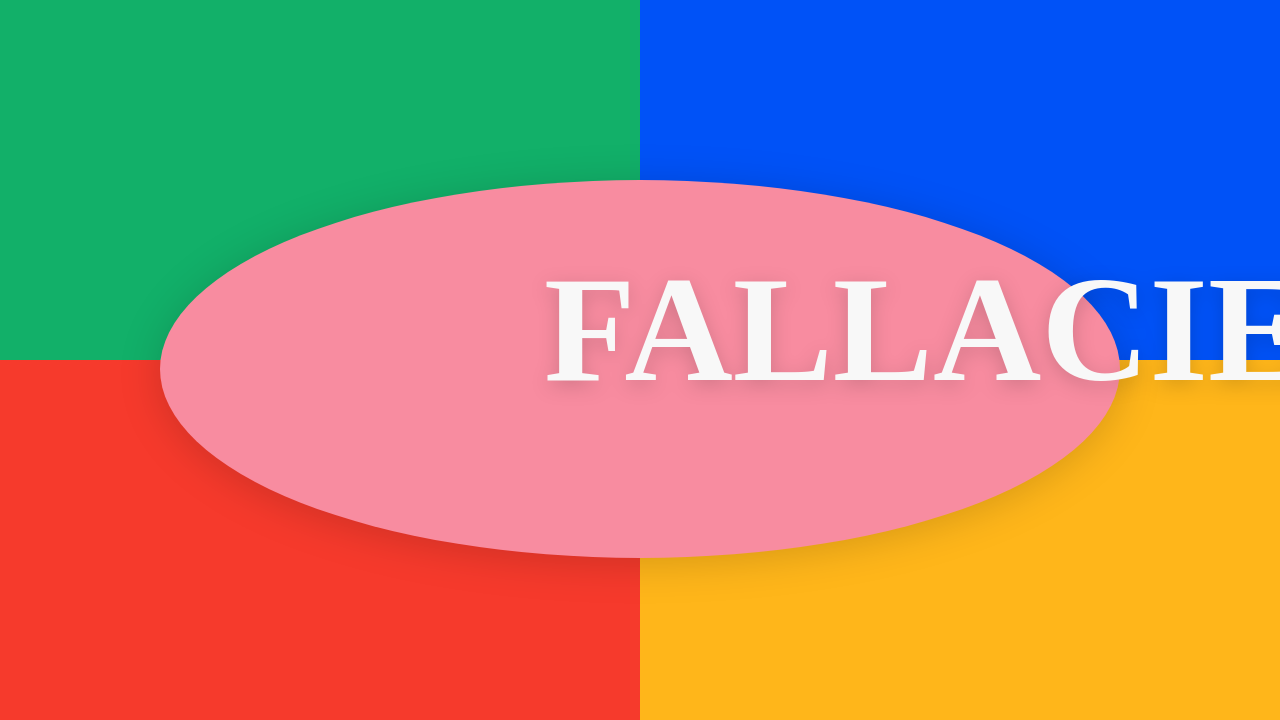
Repository: yafugray/fallacies
Page: project/Midterm project/index.html
An editor plug-in stored every save of this project. The page is shown before and after the next save, followed by the edit.
The browser window is 1280 px wide. The pictures show the whole page.

Above is the page before, as saved 2020-03-12 14:56:03.

After the next save:
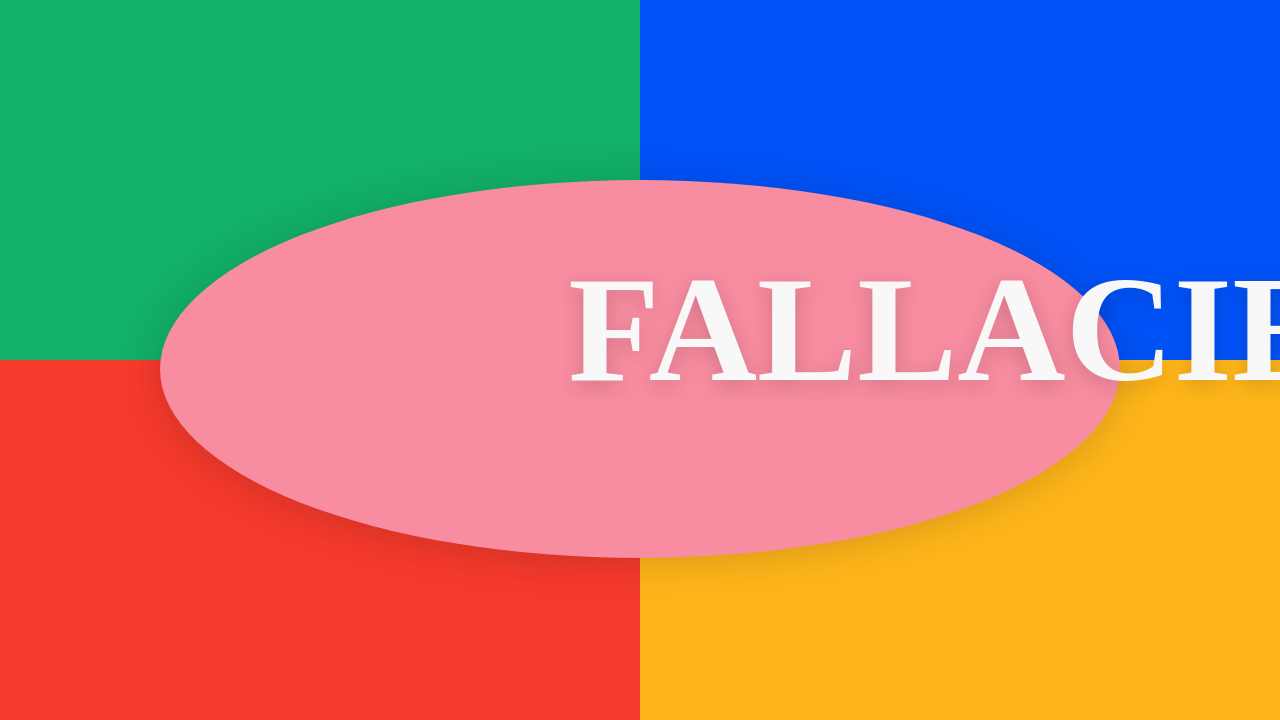
Saved 10 s later.
--- a/project/Midterm project/app.css
+++ b/project/Midterm project/app.css
@@ -96,7 +96,8 @@
     overflow: visible;
     width: 100%;
     white-space: nowrap;
-    text-align: left;
+    text-align: center;
+
     font-family: TitlingGothicFB Narrow;
     font-style: normal;
     font-weight: bold;
